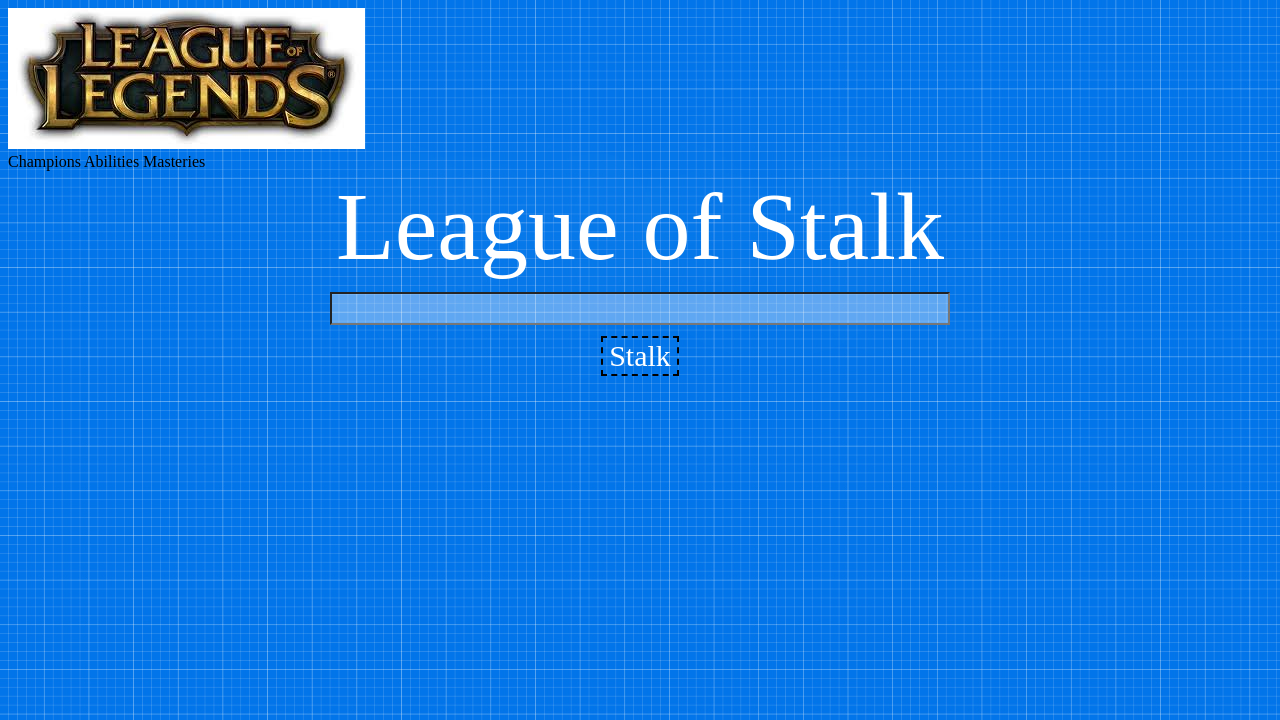
Repository: Dreifingerjpey/TestLos
Page: Eclipse/LeagueOfStalk/WebContent/LoSMain.html
The author's editor kept a copy of each file at every save. The page is drawn from the files as they stood at one save, then again after the next save.
The browser window is 1280 px wide. The pictures show the whole page.

Above is the page before, as saved 2017-08-08 12:16:03.

After the next save:
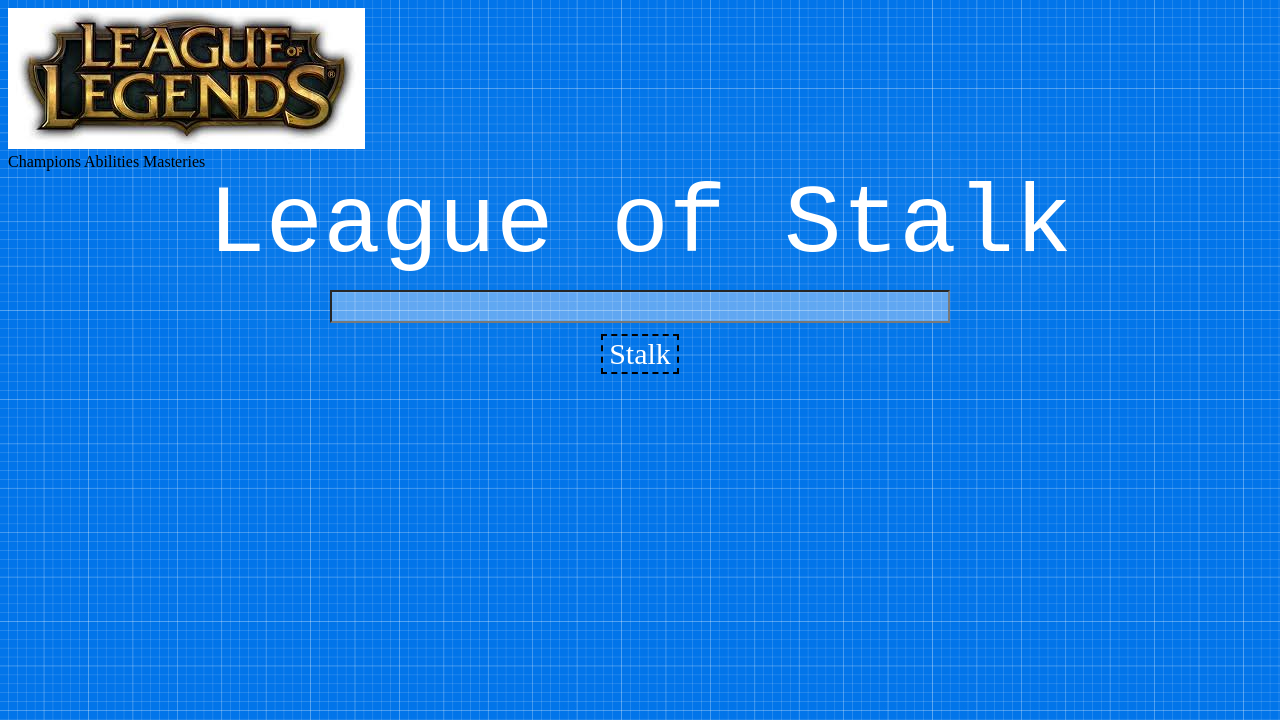
Saved 2 min 36 s later.
--- a/Eclipse/LeagueOfStalk/WebContent/CSS/LoSStyleSheet.css
+++ b/Eclipse/LeagueOfStalk/WebContent/CSS/LoSStyleSheet.css
@@ -32,7 +32,7 @@
 	margin: auto;
 	width: 100%;
 	position: relative;
-	font-family: RollandinEmilie;
+	font-family:'Courier New';
 	color: rgba(255,255,255,1.00);
 	font-size: 600%;
 	text-align: center;
